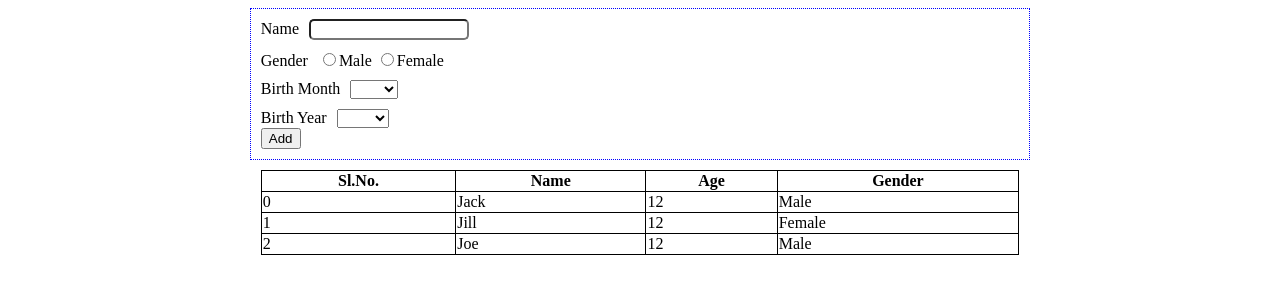
Repository: tysonpaul89/vue-student-crud
Page: /
An editor plug-in stored every save of this project. The page is shown before and after the next save, followed by the edit.
The browser window is 1280 px wide. The pictures show the whole page.
The project was rebuilt for these pictures with package versions that can differ from the ones it lists, and the page was loaded fresh each time.

Above is the page before, as saved 2020-04-11 11:20:27.

After the next save:
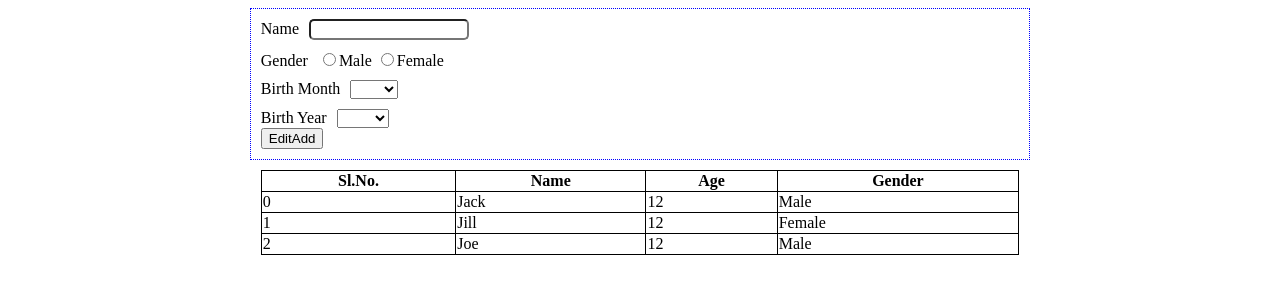
Saved 54 s later.
--- a/src/components/StudentForm.vue
+++ b/src/components/StudentForm.vue
@@ -22,7 +22,7 @@
           <option v-for="(year, index) in years" :key="index" :value="year">{{year}}</option>
         </select>
       </div>
-      <button type="button" @click="onSubmit()">Add</button>
+      <button type="button" @click="onSubmit()">{{ formType == 'create' ? 'Add' : 'Edit' }}Add</button>
     </form>
   </div>
 </template>
